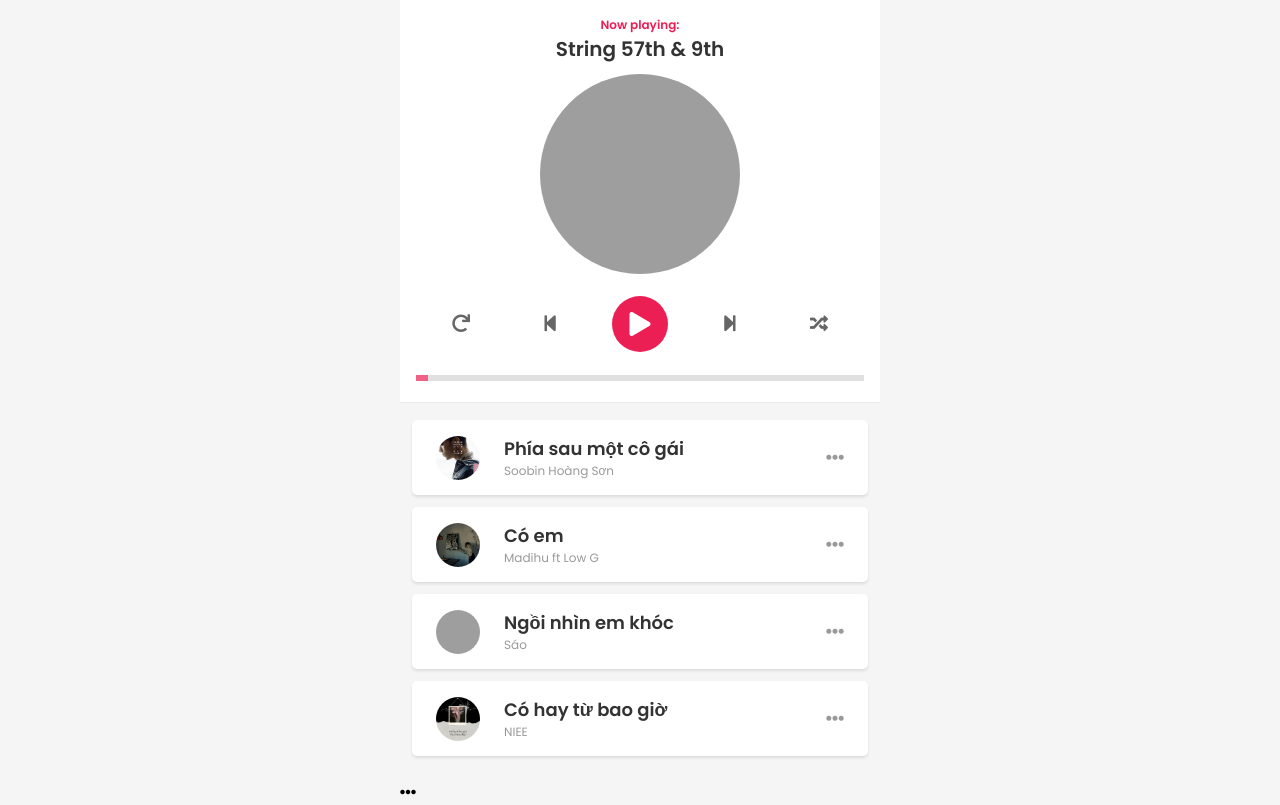
Repository: phan250501/Music
Page: index.html
These files come from the project's save history. The page is drawn as it stood at one moment and after the next save; the edit follows.
The browser window is 1280 px wide. The pictures show the whole page.
Pictures or frames that could not be fetched are drawn as grey boxes.

Above is the page before, as saved 2023-06-05 16:21:01.

After the next save:
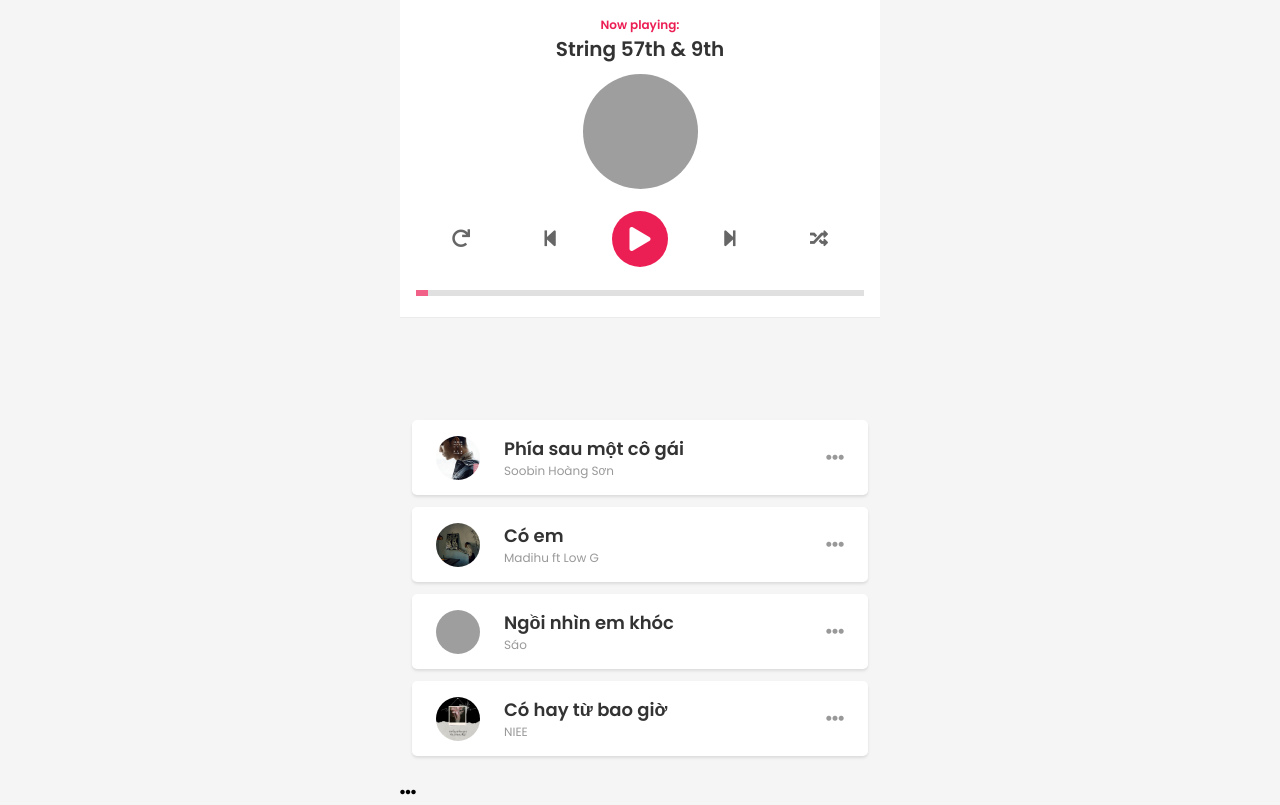
Saved 57 s later.
--- a/index.js
+++ b/index.js
@@ -53,6 +53,7 @@
         document.onscroll = function(){
             const scrollTop = window.scrollY || document.documentElement.scrollTop;
             const newCdWidth = cd.offsetWidth - scrollTop;
+            cd.style.width = newCdWidth + 'px';
         }
     },
     start: function(){
